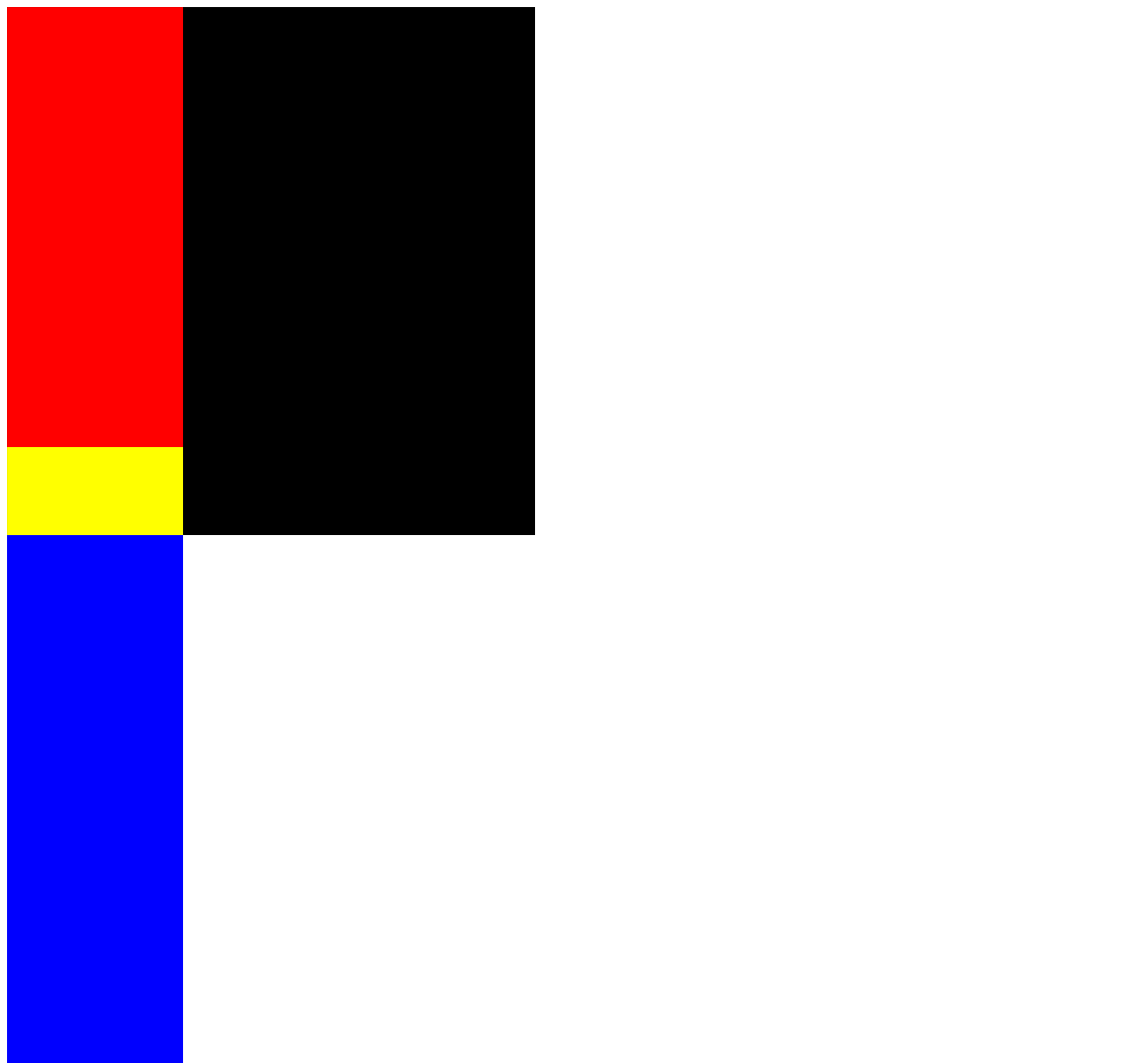
Repository: Seokho96/CSSPractice
Page: css/work01/WebContent/index01.html
The author's editor kept a copy of each file at every save. The page is drawn from the files as they stood at one save, then again after the next save.
The browser window is 1280 px wide. The pictures show the whole page, at 88% of full size.

Above is the page before, as saved 2020-07-13 05:35:20.

After the next save:
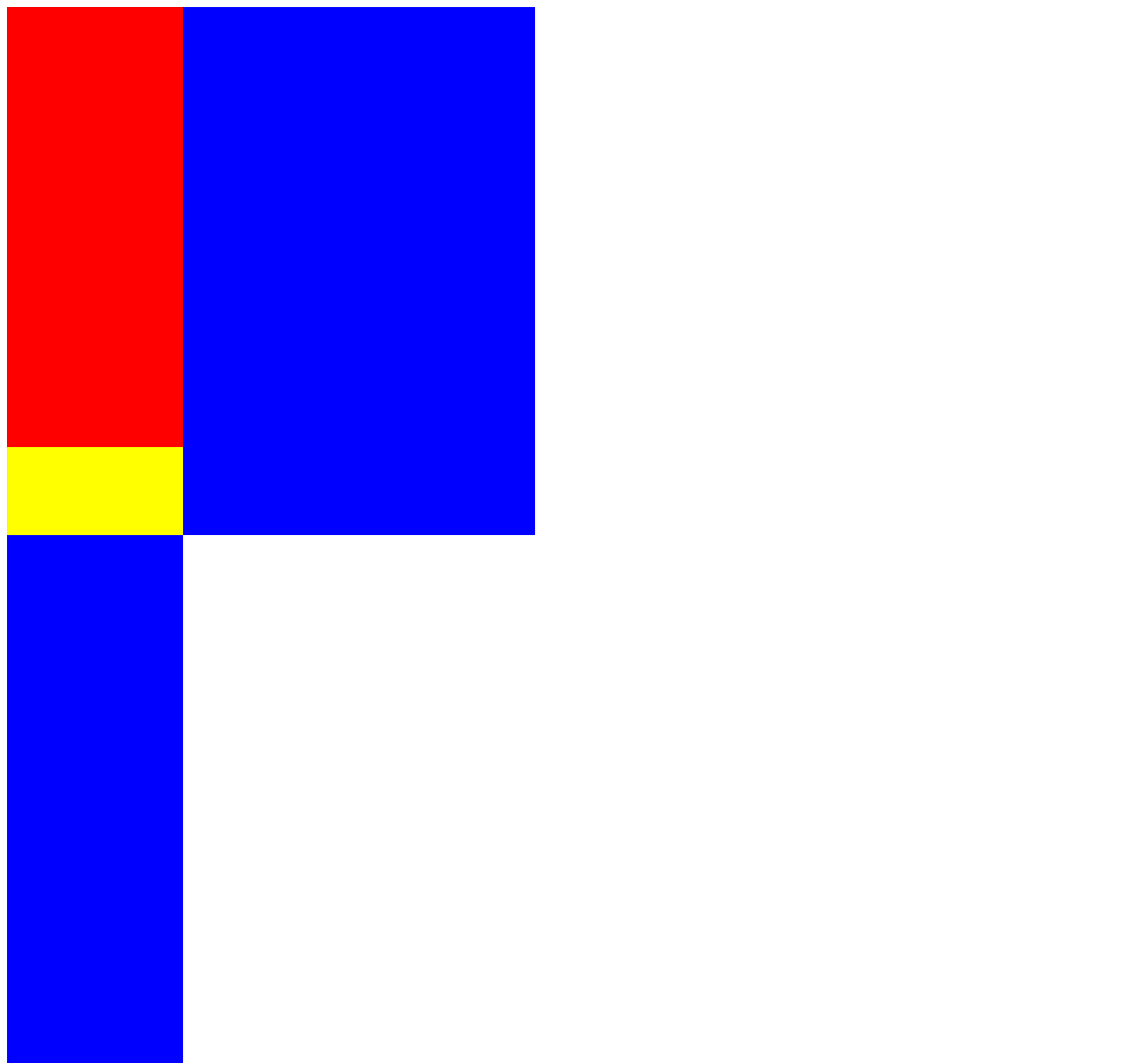
Saved 32 s later.
--- a/css/work01/WebContent/index01.html
+++ b/css/work01/WebContent/index01.html
@@ -9,7 +9,7 @@
 #fullscreen{
    width: 600px;
    height: 600px;
-   background-color: black;
+   background-color: blue;
 }
 #left{
    width: 200px;
@@ -29,10 +29,10 @@
    float: left;
 }
 #middle{
-    width:200px;
+   width:200px;
    height: 600px;
    background-color: blue;
-   float: center;
+
 }
 
 
